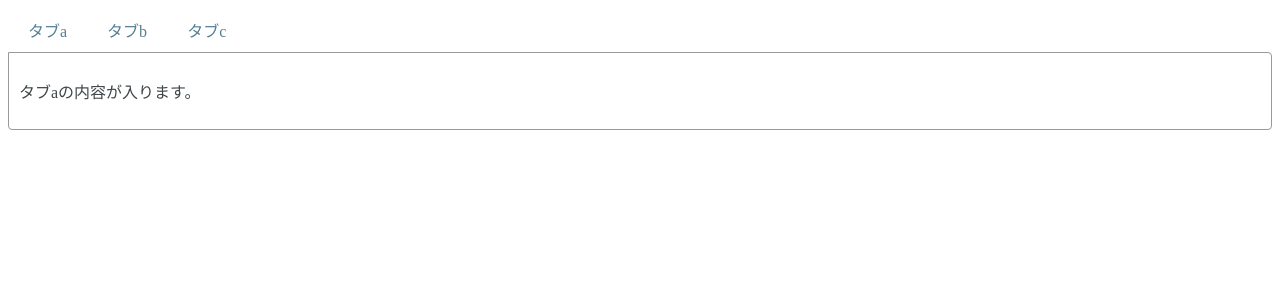
Repository: takahashi19/T2
Page: web-tab/index.html
The author's editor kept a record of every edit. The page is drawn from the files as they stood at one moment, then again after the next edit.
The browser window is 1280 px wide. The pictures show the whole page.

Above is the page before.

### web-tab/index.html
<!DOCTYPE html>
<html lang="ja">
  <head>
    <meta charset="utf-8">
    <title>JavaScript Test</title>
    <link rel="stylesheet" href="main.css">
    <script src="https://ajax.googleapis.com/ajax/libs/jquery/2.2.4/jquery.min.js"></script>
    <script src="main.js"></script>
  </head>
  <body>
    <div class="tabs-menu">
      <div id="tab-menu-a">タブa</div>
      <div id="tab-menu-b">タブb</div>
      <div id="tab-menu-c">タブc</div>
    </div>
    <div class="tabs-content">
      <div id="tab-menu-a-content">
        <p>タブaの内容が入ります。</p>
      </div>
      <div id="tab-menu-b-content">
        <p>タブbの内容が入ります。</p>
      </div>
      <div id="tab-menu-c-content">
        <p>タブcの内容が入ります。</p>
      </div>
    </div>
  </body>
</html>

### web-tab/main.css
body {
    color: #3F4548;
}


/* ulのデフォルトスタイルを消去 */
.tabs-menu {
    margin: 0;
    padding: 0;
    list-style-type: none;
}

/* タブの基本スタイル
.tabs-menu {
    float: left;
    margin-right: 8px;
    margin-bottom: -1px;
    border-style: solid;
    border-width: 1px;
    border-color: transparent;
    border-radius: 4px 4px 0 0;

    /* 各プロパティをふわっと変える演出
    transition: all .15s;
}*/
.tabs-menu {
	overflow: hidden;
}

/* clearfix */
.tabs-menu:before,
.tabs-menu:after {
    content: "";
    display: table;
}

.tabs-menu:after {
    clear: both;
}

/* For IE 6/7 (trigger hasLayout) */
.tabs-menu {
    zoom: 1;
}


#tab-menu-a{
    float: left;
    display: block;
    padding: 10px 20px;
    color: #557F95;
    text-decoration: none;
}

#tab-menu-b {
    float: left;
    display: block;
    padding: 10px 20px;
    color: #557F95;
    text-decoration: none;
}
#tab-menu-c {
    float: left;
    display: block;
    padding: 10px 20px;
    color: #557F95;
    text-decoration: none;
}

/*.tabs-menuでも良い？*/

/* 非選択のタブにマウスを乗せたら色を変える*/
.tabs-menu :not(.active):hover {
    border-color: #f0f0f0 #f0f0f0 #999;
    background-color: #f0f0f0;
}
/* 選択中のタブ*/
.tabs-menu .active {
    border-color: #999 #999 transparent #999;
    background-color: #fff;
}
.tabs-menu .active{
    color: #3F4548;
}



/* タブコンテンツ表示エリア */
.tabs-content {
    clear: both;
    border: 1px solid #999;
    border-radius: 0 4px 4px 4px;
    padding: 10px;
}

/* 各タブのコンテンツはデフォルトで非表示 */
#tabs-a {
    display: none;
}
#tabs-b {
    display: none;
}
#tabs-c {
    display: none;
}

### web-tab/main.js
/**
 * $(セレクタ).操作1().操作2();
 * （何を）（どうするか（））
 * $(".item").html("Hello");
 */
function showTab(selector) {
    // .tabs-menu liのうちselectorに該当するものにだけactiveクラスを付ける
    $(".active").removeClass("active");//タブが選択してる状態を排除（解除）
    $("#" + selector).addClass("active");//CSSを追加する

    // .tabs-content > sectionのうちselectorに該当するものだけを表示
    $(".tabs-content > div").hide();
    $("#"+selector+"-content").show();
}

$(document).ready(function() {
    // 初期状態として1番目のタブを表示
    showTab("tab-menu-a");//実際にメニューが選択されたらタブの色を変えて動作も変える（どのタブに対して変更されるか）

    // タブがクリックされたらコンテンツを表示
    $(".tabs-menu div").click(function() {
        // clickされたらhrefの値を受け取ってshowTab()関数に渡す
        var selector = $(this).attr("id");//$(this)はイベントの中で、そのイベントが起こった要素を取得することができます
        showTab(selector);//attr()」は、HTML要素の属性を取得したり設定することができるメソッドになります。attr("id")はid="samu"であれば内容をsamuに変更してだす

        // hrefにページ遷移しない
        return false;
    });
});

After the next edit:
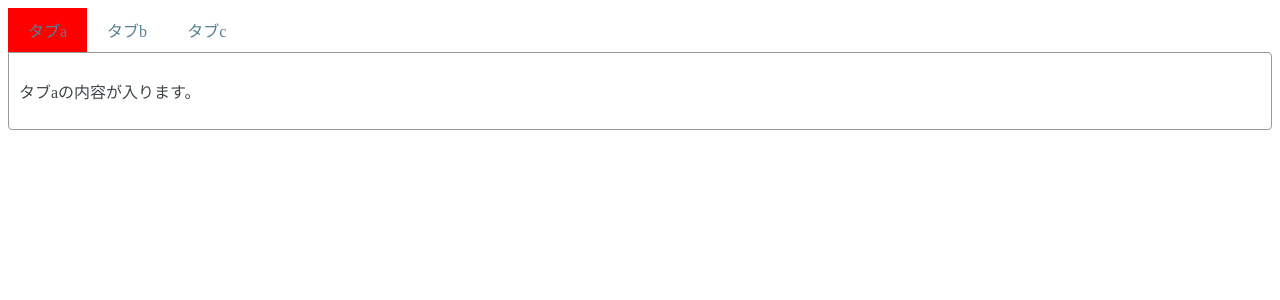
The edit:
--- a/web-tab/main.css
+++ b/web-tab/main.css
@@ -77,7 +77,7 @@
 /* 選択中のタブ*/
 .tabs-menu .active {
     border-color: #999 #999 transparent #999;
-    background-color: #fff;
+    background-color: red;
 }
 .tabs-menu .active{
     color: #3F4548;
